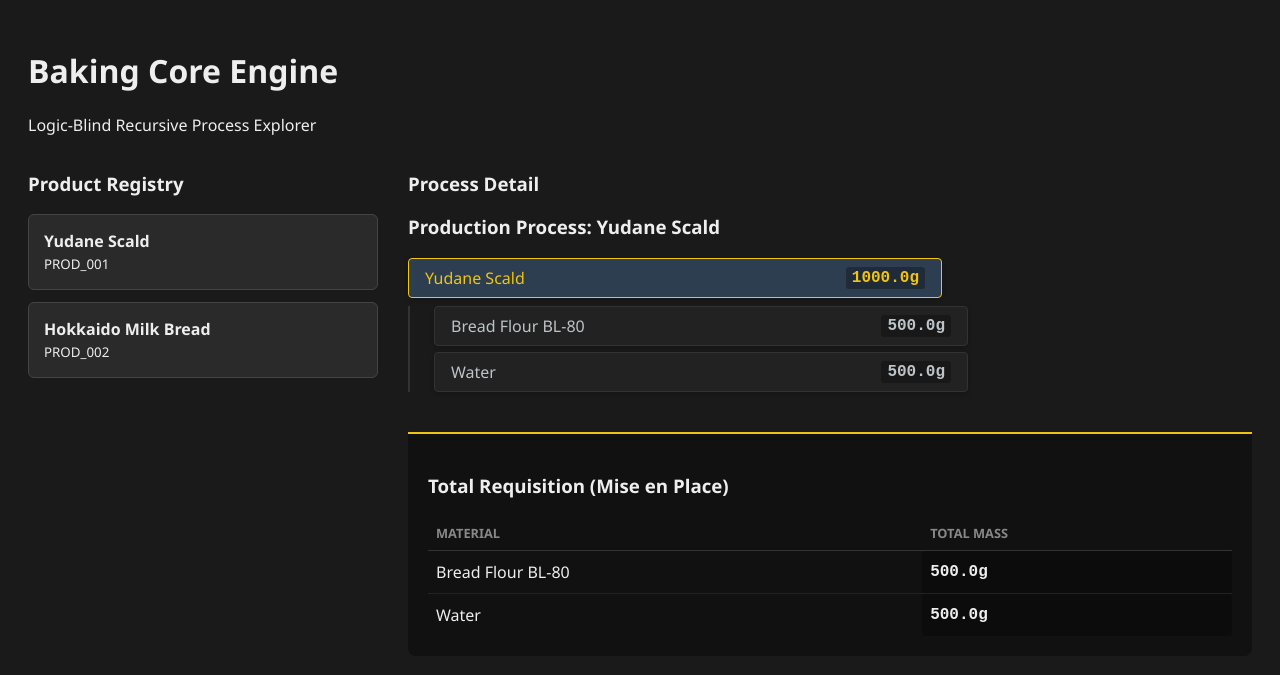
Repository: dkg11hu/baking-core
Page: index.html
The author's editor kept a copy of each file at every save. The page is drawn from the files as they stood at one save, then again after the next save.
The browser window is 1280 px wide. The pictures show the whole page.
After loading, the first visible `div.recipe-card` was clicked once.

Above is the page before, as saved 2026-01-01 19:32:57.

After the next save:
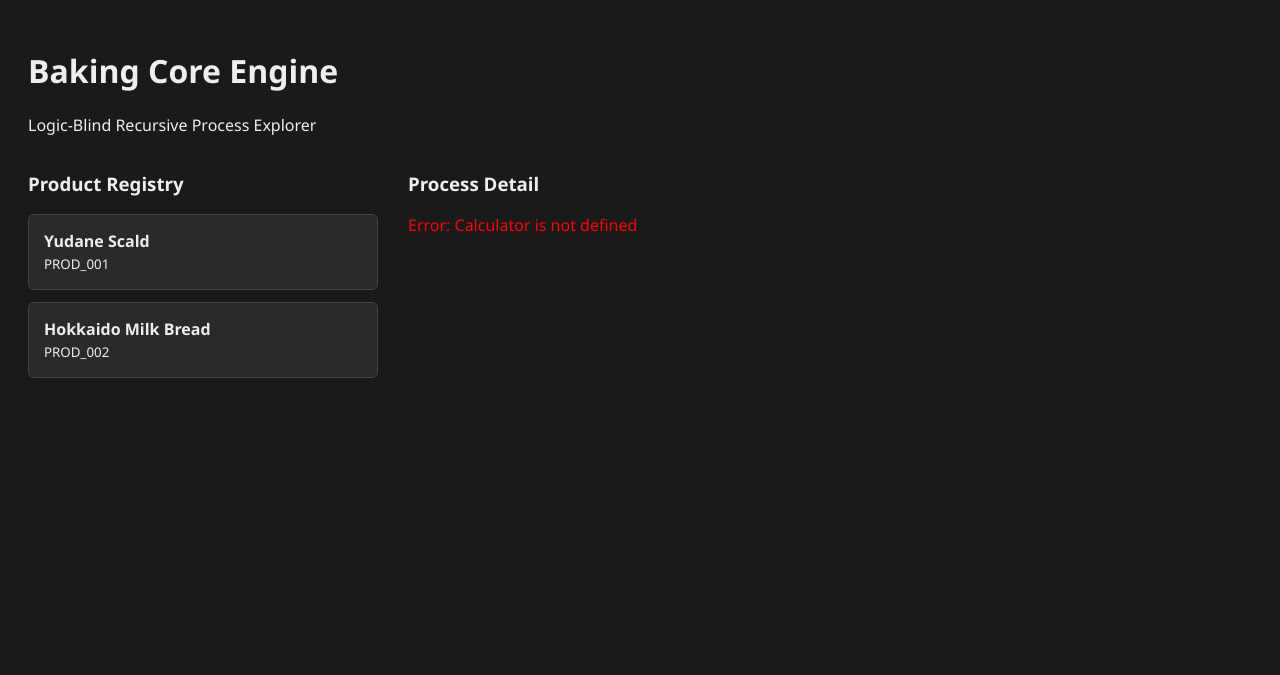
Saved 81 s later.
--- a/app.js
+++ b/app.js
@@ -58,31 +58,31 @@
     try {
         const resolver = new GraphResolver(ssot);
 
-        // Execute both queries in parallel
-        const [hierarchy, flatTotals] = await Promise.all([
+        // 1. Execute both queries
+        const [hierarchy, rawFlatTotals] = await Promise.all([
             resolver.resolveHierarchy(id, 1000),
             resolver.resolve(id, 1000)
         ]);
 
-        // 1. Render the Process Tree (as we did before)
+        // 2. APPLY DATABASE LOGIC: Sanitize and Round the cumulative totals
+        // This pulls the ROUNDING_THRESHOLD_PCT from your physics_categories
+        const sanitizedTotals = Calculator.sanitizeMiseEnPlace(rawFlatTotals, ssot);
+        const finalTotals = Calculator.reconcileTotal(sanitizedTotals, 1000);
+
         let html = `<h3>Production Process: ${locale[id] || id}</h3>`;
-        html += `<div class="hierarchy-container">
-                    <ul class="tree-root">${renderHierarchy(hierarchy, locale)}</ul>
-                 </div>`;
+        html += `<div class="hierarchy-container"><ul class="tree-root">${renderHierarchy(hierarchy, locale)}</ul></div>`;
 
-        // 2. Render the Cumulative Summary (The Shopping List)
         html += `<div class="cumulative-summary">
                     <h3>Total Requisition (Mise en Place)</h3>
                     <table>
-                        <thead>
-                            <tr><th>Material</th><th>Total Mass</th></tr>
-                        </thead>
+                        <thead><tr><th>Material</th><th>Total Mass</th></tr></thead>
                         <tbody>`;
 
-        for (const [mid, mass] of Object.entries(flatTotals)) {
+        // 3. RENDER: Use finalTotals (rounded) instead of rawFlatTotals
+        for (const [mid, mass] of Object.entries(finalTotals)) {
             html += `<tr>
                         <td>${locale[mid] || mid}</td>
-                        <td class="mass">${mass.toFixed(1)}g</td>
+                        <td class="mass">${mass}g</td>
                      </tr>`;
         }
 

After the save that followed:
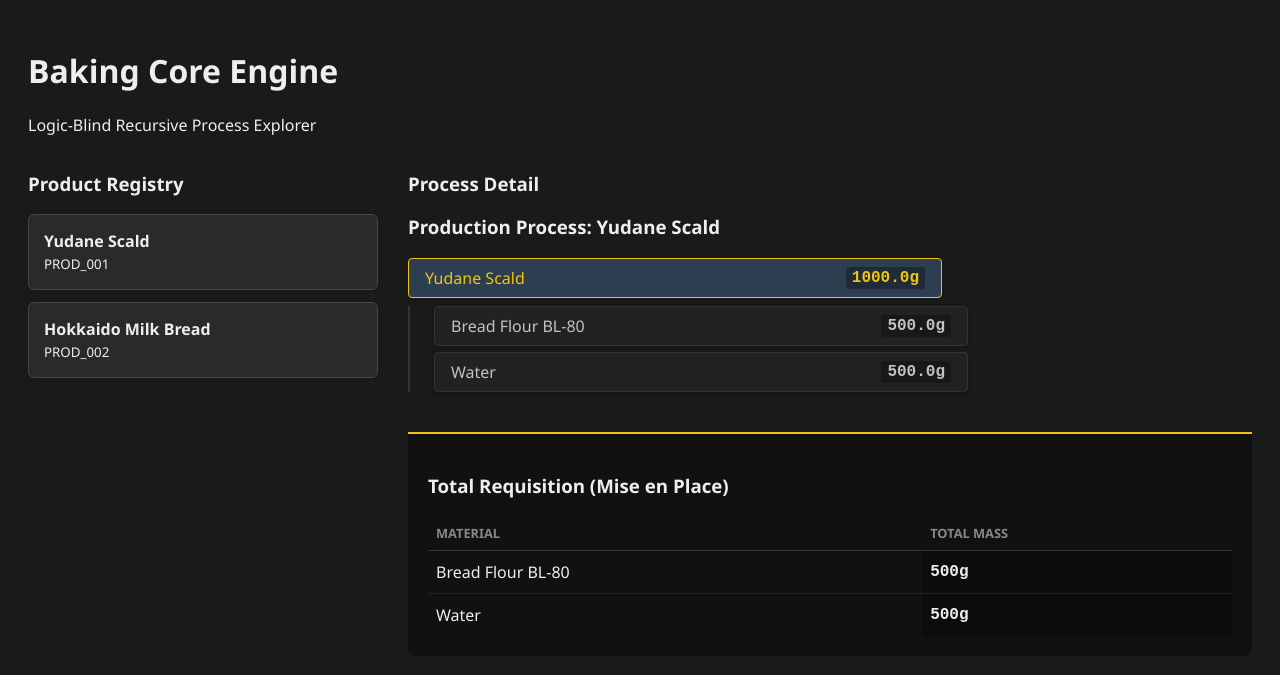
Saved 54 s later.
--- a/app.js
+++ b/app.js
@@ -1,4 +1,6 @@
+// app.js
 import { GraphResolver } from './src/Graph/Core/Resolver.mjs';
+import { Calculator } from './src/Graph/Logic/Calculator.mjs'; // FIXED: Crucial import
 
 let ssot, locale;
 
@@ -8,6 +10,8 @@
             fetch('./data/Store/Registry/definitions.json'),
             fetch('./data/Store/Locale/en.json')
         ]);
+
+        if (!ssotRes.ok || !localeRes.ok) throw new Error("Database files not found.");
 
         ssot = await ssotRes.json();
         locale = await localeRes.json();
@@ -23,12 +27,12 @@
             </div>
         `).join('');
 
+        console.log("Database initialized successfully.");
     } catch (err) {
         console.error("Boot failed:", err);
     }
 }
 
-// Recursive HTML Builder
 function renderHierarchy(node, locale) {
     const name = locale[node.id] || node.id;
     const isBranch = node.type === 'BRANCH';
@@ -53,24 +57,27 @@
 
 window.runProcess = async (id) => {
     const output = document.getElementById('output');
-    output.innerHTML = "<em>Calculating totals...</em>";
+    output.innerHTML = "<em>Calculating and Scaling...</em>";
 
     try {
         const resolver = new GraphResolver(ssot);
 
-        // 1. Execute both queries
+        // 1. Execute queries
         const [hierarchy, rawFlatTotals] = await Promise.all([
             resolver.resolveHierarchy(id, 1000),
             resolver.resolve(id, 1000)
         ]);
 
-        // 2. APPLY DATABASE LOGIC: Sanitize and Round the cumulative totals
-        // This pulls the ROUNDING_THRESHOLD_PCT from your physics_categories
+        // 2. USE CALCULATOR: Apply rounding rules from definitions.json
+        // Ensure Calculator.mjs uses 'export class Calculator'
         const sanitizedTotals = Calculator.sanitizeMiseEnPlace(rawFlatTotals, ssot);
         const finalTotals = Calculator.reconcileTotal(sanitizedTotals, 1000);
 
+        // 3. RENDER UI
         let html = `<h3>Production Process: ${locale[id] || id}</h3>`;
-        html += `<div class="hierarchy-container"><ul class="tree-root">${renderHierarchy(hierarchy, locale)}</ul></div>`;
+        html += `<div class="hierarchy-container">
+                    <ul class="tree-root">${renderHierarchy(hierarchy, locale)}</ul>
+                 </div>`;
 
         html += `<div class="cumulative-summary">
                     <h3>Total Requisition (Mise en Place)</h3>
@@ -78,7 +85,6 @@
                         <thead><tr><th>Material</th><th>Total Mass</th></tr></thead>
                         <tbody>`;
 
-        // 3. RENDER: Use finalTotals (rounded) instead of rawFlatTotals
         for (const [mid, mass] of Object.entries(finalTotals)) {
             html += `<tr>
                         <td>${locale[mid] || mid}</td>
@@ -90,8 +96,8 @@
         output.innerHTML = html;
 
     } catch (err) {
-        console.error(err);
-        output.innerHTML = `<div style="color:red">Error: ${err.message}</div>`;
+        console.error("Resolution Error:", err);
+        output.innerHTML = `<div style="color:#ff6666">Error: ${err.message}</div>`;
     }
 };
 
